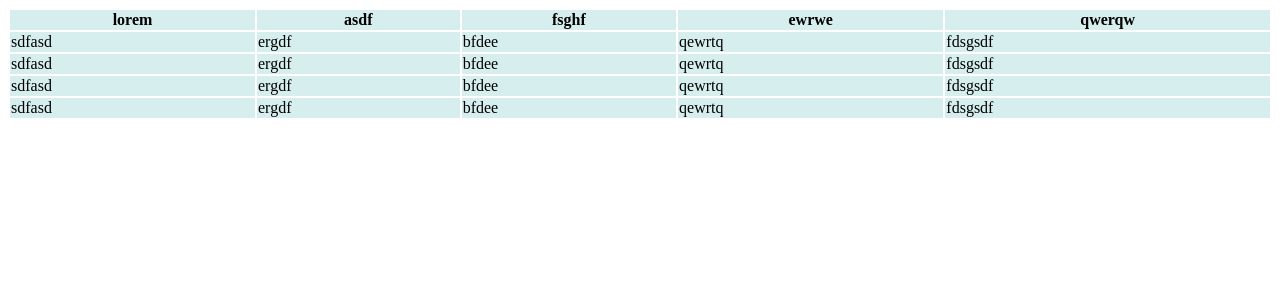
Repository: donggri1/WORKSPACE
Page: WebClass/webPro/src/main/webapp/html/days03/ex07_04.html
The author's editor kept a copy of each file at every save. The page is drawn from the files as they stood at one save, then again after the next save.
The browser window is 1280 px wide. The pictures show the whole page.

Above is the page before, as saved 2024-03-26 05:33:29.

### WebClass/webPro/src/main/webapp/html/days03/ex07_04.html
<!DOCTYPE html>
<html>
<head>
<meta charset="UTF-8">
<title>Insert title here</title>
<link rel="shortcut icon" type="image/x-icon" href="http://localhost/webPro/images/SiSt.ico">
<style>
	table{
		width: 100%;
	}
	tr{
		background-color: #d6eeee;
	}
</style>
</head>
<body>


<table>
	<tr>
		<th>lorem</th>
		<th>asdf</th>
		<th>fsghf</th>
		<th>ewrwe</th>
		<th>qwerqw</th>
	</tr>
	<tr>
		<td>sdfasd</td>
		<td>ergdf</td>
		<td>bfdee</td>
		<td>qewrtq</td>
		<td>fdsgsdf</td>
	</tr>
	<tr>
		<td>sdfasd</td>
		<td>ergdf</td>
		<td>bfdee</td>
		<td>qewrtq</td>
		<td>fdsgsdf</td>
	</tr>
	<tr>
		<td>sdfasd</td>
		<td>ergdf</td>
		<td>bfdee</td>
		<td>qewrtq</td>
		<td>fdsgsdf</td>
	</tr>
	<tr>
		<td>sdfasd</td>
		<td>ergdf</td>
		<td>bfdee</td>
		<td>qewrtq</td>
		<td>fdsgsdf</td>
	</tr>
</table>
</body>
</html>

After the next save:
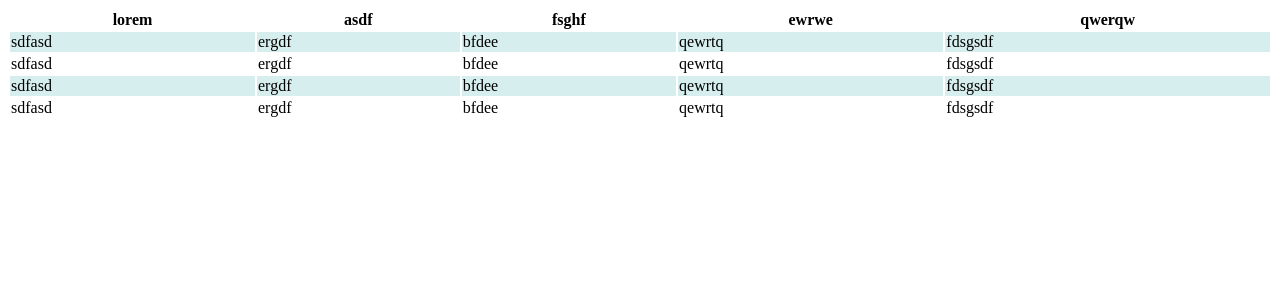
Saved 43 s later.
--- a/WebClass/webPro/src/main/webapp/html/days03/ex07_04.html
+++ b/WebClass/webPro/src/main/webapp/html/days03/ex07_04.html
@@ -8,7 +8,7 @@
 	table{
 		width: 100%;
 	}
-	tr{
+	tr:nth-child(even){
 		background-color: #d6eeee;
 	}
 </style>
